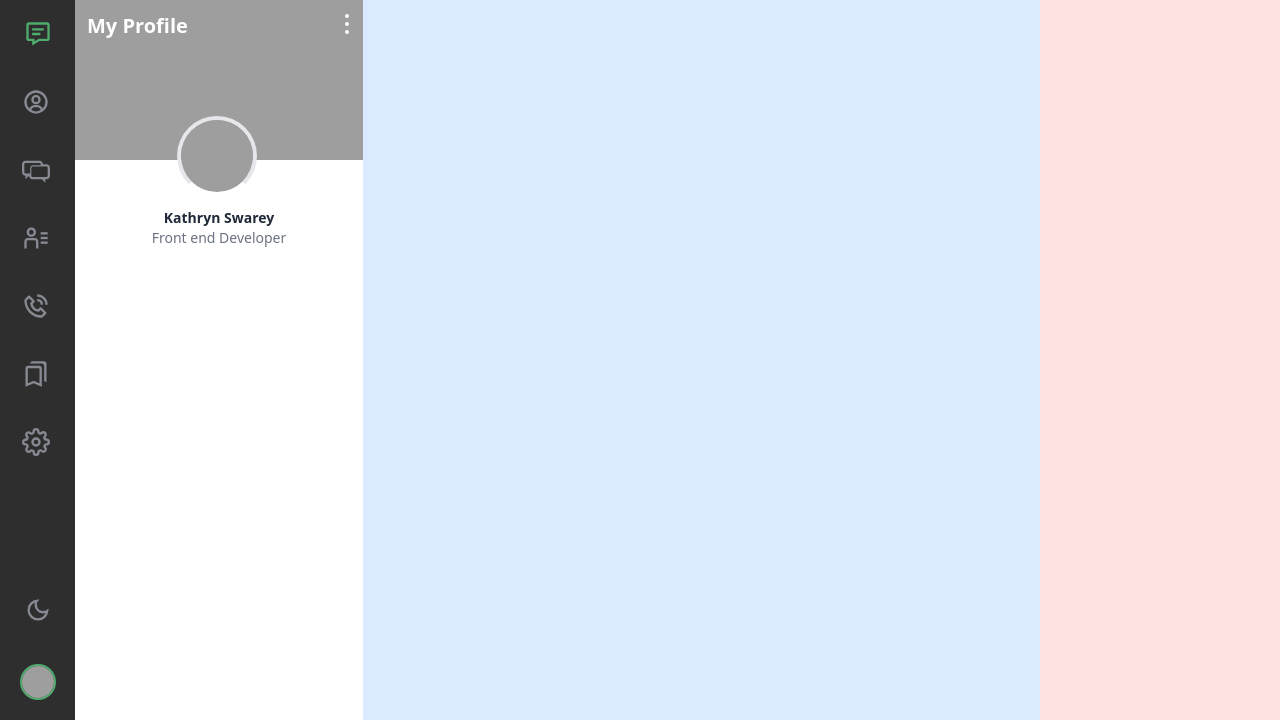
Repository: satya-ranjon/Chat-app
Page: /
The author's editor kept a copy of each file at every save. The page is drawn from the files as they stood at one save, then again after the next save.
The browser window is 1280 px wide. The pictures show the whole page.
Pictures or frames that could not be fetched are drawn as grey boxes. The project was rebuilt for these pictures with package versions that can differ from the ones it lists, and the page was loaded fresh each time.

Above is the page before, as saved 2022-03-31 03:57:24.

After the next save:
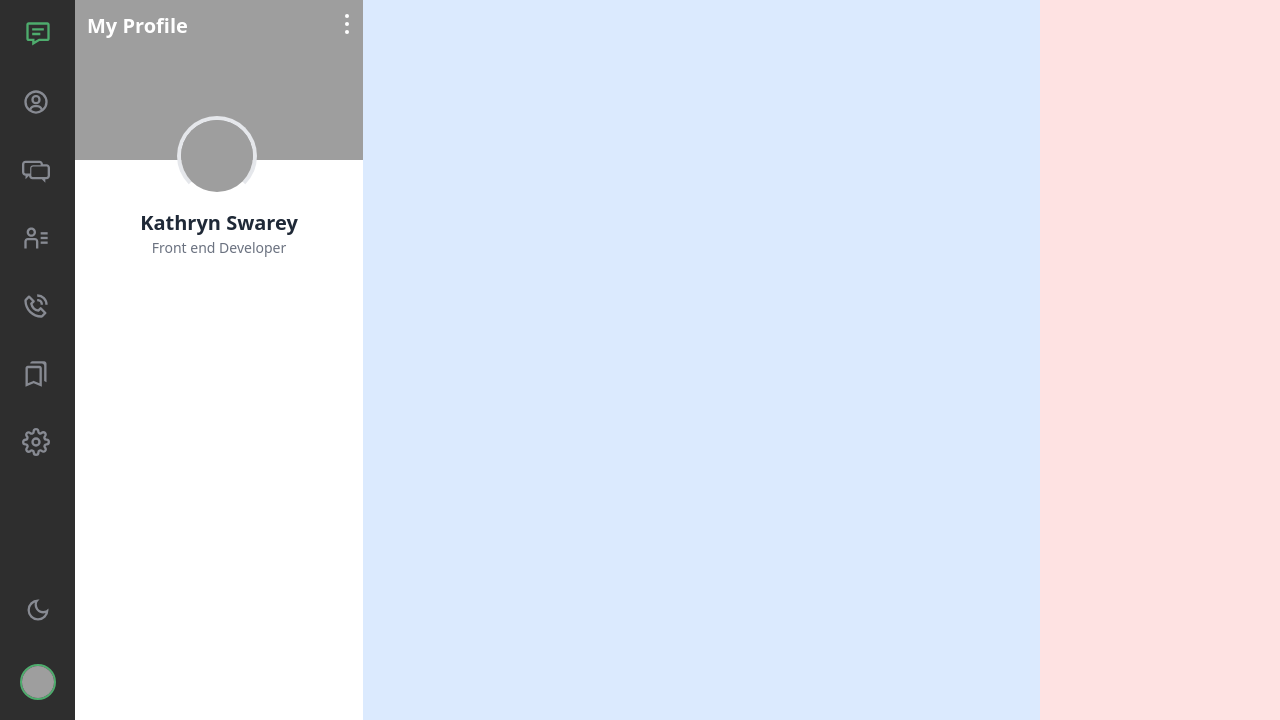
Saved 16 s later.
--- a/src/components/MyProfile/MyProfile.jsx
+++ b/src/components/MyProfile/MyProfile.jsx
@@ -19,7 +19,7 @@ export default function MyProfile() {
             <p className="bg-white w-1 h-1 rounded-full m-[2px]"></p>
           </div>
         </div>
-        <p className="text-sm text-gray-800 text-center font-semibold font-sans">
+        <p className="text-[20px] text-gray-800 text-center font-semibold font-sans">
           Kathryn Swarey
         </p>
         <p className="text-sm text-gray-500 text-center">Front end Developer</p>
